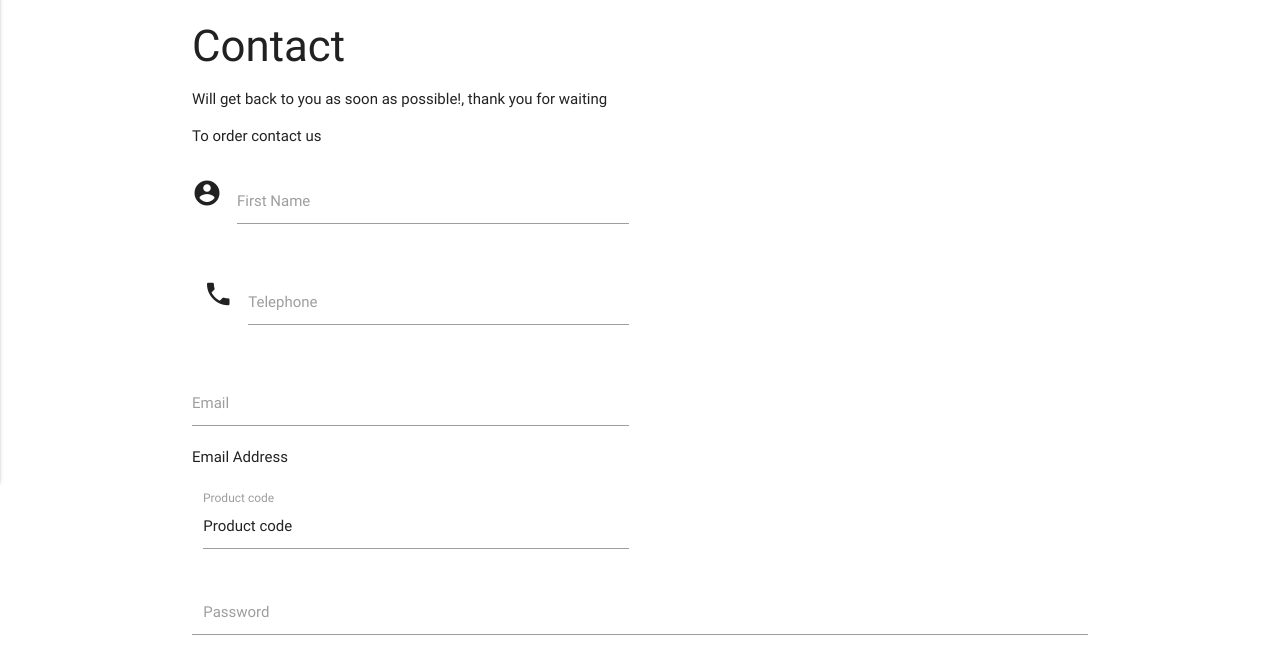
Repository: eazeldon/project-recipes-online-3
Page: http://localhost/contact
The author's editor kept a record of every edit. The page is drawn from the files as they stood at one moment, then again after the next edit.
The browser window is 1280 px wide. The pictures show the part of the page from y = 298 to 965 px (the page is 965 px tall before and 923 px after).
Some web libraries are served in a nearby version. The page is served by the project's application, run on Flask 3 (app.py).

Above is the page before.

### templates/contact.html
{% extends 'base.html' %} {% block content %}
<h3>Contact</h3>

        <p>Will get back to you as soon as possible!, thank you for waiting</p>
        <p>To order contact us</p>

 <div class="row">
    <form class="col s12">
      <div class="row">
        <div class="input-field col s6">
          <i class="material-icons prefix">account_circle</i>
          <input id="icon_prefix" type="text" class="validate">
          <label for="icon_prefix">First Name</label>
        </div>
        </div>
        <div class="input-field col s6">
          <i class="material-icons prefix">phone</i>
          <input id="icon_telephone" type="tel" class="validate">
          <label for="icon_telephone">Telephone</label>
        </div>
      </div>
    </form>

  <div class="row">
    <form class="col s12">
      <div class="row">
       <div class="input-field col s6">
          <input id="email" type="email" class="validate">
          <label for="email">Email</label>
          <span class="helper-text" data-error="wrong" data-success="right">Email Address</span>
        </div>
      </div>
     <div class="input-field col s6">
      <input value="Product code" id="product_code2" type="text" class="validate">
      <label class="active" for="product_code2">Product code</label>
    </div>
  </div>
  <div class="input-field col s6">
          <input id="password" type="password" class="validate">
          <label for="password">Password</label>
          </div>
      </div>
</form>


















<!--------------
<div class="row">
    <form class="col s12">
      <div class="row">
        <div class="input-field col s6">
          <i class="material-icons prefix">account_circle</i>
          <input id="icon_prefix" type="text" class="validate">
          <label for="icon_prefix">First Name</label>

          <div class="input-field col s12">
          <i class="material-icons prefix">phone</i>
          <input id="icon_telephone" type="tel" class="validate">
          <label for="icon_telephone">Telephone</label>
        </div>
       </div>
    </form>
  </div>
</div>
 <div class="row">
    <form class="col s12">
      <div class="row">
        <div class="input-field col s6">
          <input id="email" type="email" class="validate">
          <label for="email">Email</label>
          <span class="helper-text" data-error="wrong" data-success="right">Email Address</span>
        </div>
      </div>
    </form>
  </div>
 <div class="row">
    <form class="col s12">
      <div class="row"><div class="input-field col s6">
          <textarea id="icon_prefix2" class="materialize-textarea"></textarea>
          <label for="icon_prefix2">Product code</label>
          <i class="material-icons prefix2">card_travel</i>

             <input type="credit" name="credit">Credit card
            <label for="icon_prefix2">Cride card</label>
           <textarea id="icon_prefix2" class="materialize-textarea"></textarea>
        </div>
      </div>
      <button type="submit" class="btn btn-secondary center-block">Send</button>
    </form>
  </div>

<!-------------
<div class="row">
    <a href="{{url_for('contact')}}" class="waves-effect waves-light btn">
     <i class="material-icons right">SEND</i>
    </a>
</div>

---------->


{% endblock %}

### templates/base.html
<!DOCTYPE html>
<html lang="en">
<head>
    <meta charset="UTF-8">
    <meta name="viewport" content="width=device-width, initial-scale=1.0">
    <meta http-equiv="X-UA-Compatible" content="ie=edge">
    <title>Recipes-online-cookbook-project-3</title>


    <link href="https://fonts.googleapis.com/icon?family=Material+Icons" rel="stylesheet">
    <link rel="stylesheet" href="https://cdnjs.cloudflare.com/ajax/libs/materialize/0.100.2/css/materialize.min.css" type="text/css" />
    <link rel="stylesheet" href="{{url_for('static', filename='css/style.css')}}" type="text/css" />

</head>
<body>
<header>
        <nav>
            <div class="nav-wrapper">
                <a href="{{url_for('get_tasks')}}" class="brand-logo">Sugar Factory</a>
                <a href="#" data-activates="mobile-demo" class="button-collapse"><i class="material-icons">menu</i></a>
                <ul id="nav-mobile" class="right hide-on-med-and-down">

                    <li><a href="{{url_for('get_tasks')}}">Home</a></li>
                      <li><a href="{{url_for('recipes')}}">Recipes</a></li>
                    <li><a href="{{url_for('contact')}}">Contact</a></li>
                     <li><a href="{{url_for('products')}}">Products</a></li>
                     <li><a href="{{url_for('statistic')}}">Statistic</a></li>
                     <li><a href="{{url_for('get_categories')}}">Post</a></li>

                </ul>
                <ul class="side-nav" id="mobile-demo">


                     <li><a href="{{url_for('home')}}">Home</a></li>
                      <li><a href="{{url_for('recipes')}}">Recipes</a></li>
                     <li><a href="{{url_for('contact')}}">Contact</a></li>
                     <li><a href="{{url_for('products')}}">Products</a></li>
                      <li><a href="{{url_for('statistic')}}">Statistic</a></li>
                     <li><a href="{{url_for('get_categories')}}">Post</a></li>

                </ul>
            </div>
        </nav>

    <div class="row">
    <div class="col s12" style="background-image: url('https://www.bakedblooms.com/wp-content/uploads/2018/09/7F10A2AD-087F-4D1A-B7CD-E37C59668E2B-1200x550.jpeg')">

    <div class="opaque-overlay">&nbsp;</div>


      <div class="row">
        <div class="col s12">
          <div class="my_class" center-align>

           <h1>Sugar Factory from the maker</h1>

           <div class="my_class center-align"><h3>of recipes online</h3></span>
             </div>
           </div>
        </div>
        </div>
      </div>
    </div>







    </header>



    <div class="container">
        {% block content %} {% endblock %}
    </div>


    <script src="https://cdnjs.cloudflare.com/ajax/libs/jquery/3.2.1/jquery.min.js"></script>
    <script src="https://cdnjs.cloudflare.com/ajax/libs/materialize/0.100.2/js/materialize.min.js"></script>
    <script type="text/javascript">
        $(document).ready(function() {
            $('.collapsible').collapsible();
            $('select').material_select();
            $(".button-collapse").sideNav();
        })
    </script>



</body>
</html>

### app.py
import os
from flask import Flask, render_template, redirect, request, url_for
from flask_pymongo import PyMongo
from bson.objectid import ObjectId

app = Flask(__name__)
app.config["MONGO_DBNAME"] = 'recipes_book'
app.config["MONGO_URI"] = 'mongodb+srv://cakes:CakeSusr@myfirstcluster-ctiu9.mongodb.net/task_manager?retryWrites=true&w=majority'


mongo = PyMongo(app)



@app.route('/')
@app.route('/get_tasks')
def get_tasks():
    return render_template("tasks.html",  tasks=mongo.db.tasks.find())

@app.route('/add_task')
def add_task():
   return render_template('addtask.html', categories=mongo.db.categories.find())

@app.route('/home')
def home():
    return render_template("home.html")



@app.route('/recipes')
def recipes():
    return render_template("recipes.html")










@app.route('/contact')
def contact():


    return render_template("contact.html")







@app.route('/products')
def products():
    return render_template("products.html")



@app.route('/statistic')
def statistic():
    return render_template("statistic.html")





@app.route('/get_categories')
def get_categories():
    return render_template('categories.html',
                           categories=mongo.db.categories.find())

@app.route('/delete_category/<category_id>')
def delete_category(category_id):
   mongo.db.categories.remove({'_id': ObjectId(category_id)})
   return redirect(url_for('get_categories'))


@app.route('/edit_category/<category_id>')
def edit_category(category_id):
    return render_template('editcategory.html',
    category=mongo.db.categories.find_one({'_id': ObjectId(category_id)}))


@app.route('/update_category/<category_id>', methods=['POST'])
def update_category(category_id):
    mongo.db.categories.update(
        {'_id': ObjectId(category_id)},
        {'category_name': request.form.get('category_name')})
    return redirect(url_for('get_categories'))


@app.route('/insert_category', methods=['POST'])
def insert_category():
    category_doc = {'category_name': request.form.get('category_name')}
    mongo.db.categories.insert_one(category_doc)
    return redirect(url_for('get_categories'))


@app.route('/add_categories')
def add_category():
    return render_template('addcategories.html')

if __name__ == '__main__':
    app.run(host=os.environ.get('IP'),
            port=int(os.environ.get('PORT')),
            debug=True)

### static/css/style.css
.my_class {
    color:white;
}
.btn_small {
    height: 24px;
    width: 60px;
    line-height: 24px;
    margin: 5px 5px;
    padding: 0 0.5em;
}

After the next edit:
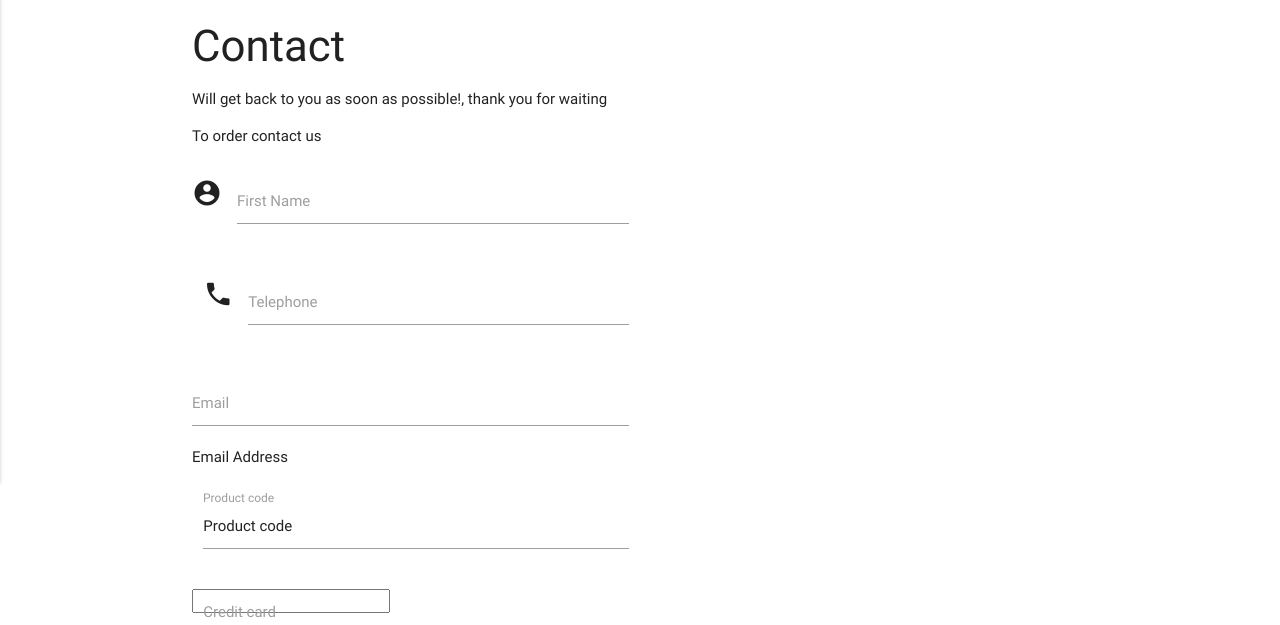
The edit:
--- a/templates/contact.html
+++ b/templates/contact.html
@@ -36,8 +36,8 @@
     </div>
   </div>
   <div class="input-field col s6">
-          <input id="password" type="password" class="validate">
-          <label for="password">Password</label>
+          <input id="credit" type="credit" class="validate">
+          <label for="credit">Credit card</label>
           </div>
       </div>
 </form>
